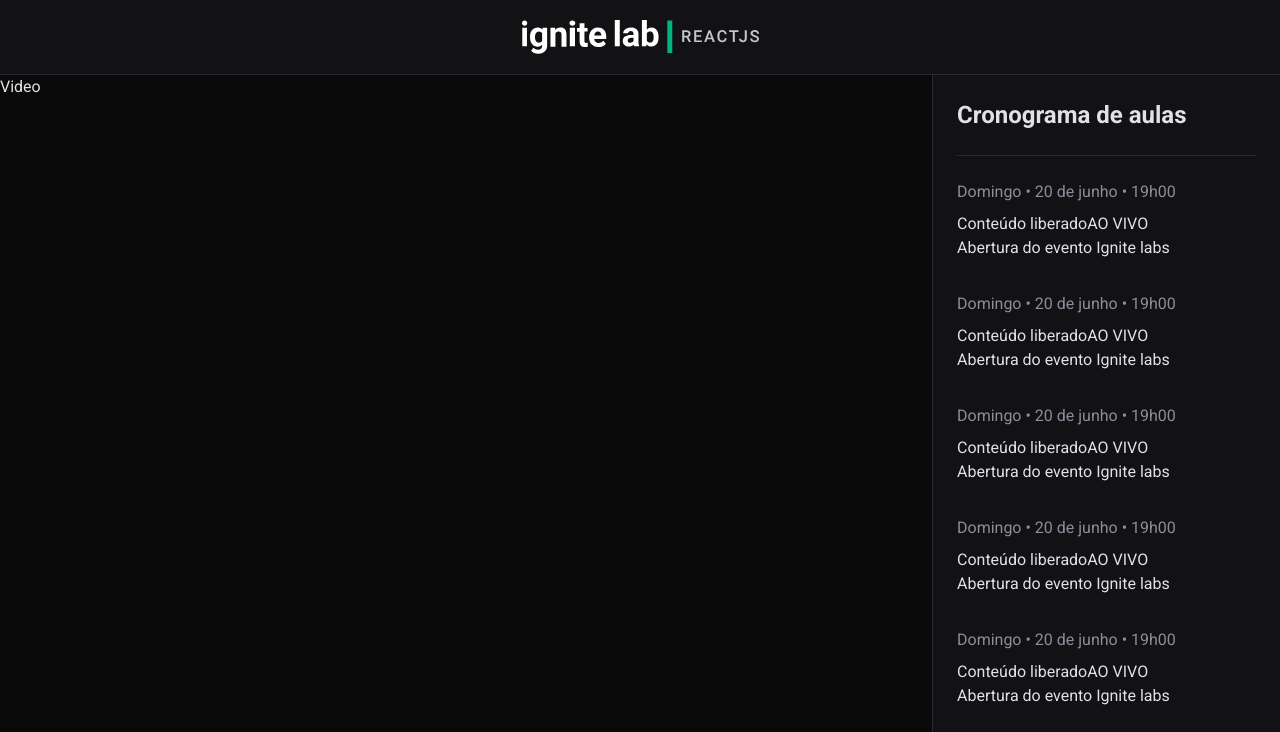
Repository: XFERRER7/Ignite-lab
Page: /
The author's editor kept a copy of each file at every save. The page is drawn from the files as they stood at one save, then again after the next save.
The browser window is 1280 px wide. The pictures show the whole page.
The project was rebuilt for these pictures with package versions that can differ from the ones it lists, and the page was loaded fresh each time. Also part of the build but not shown: vite.config.ts.

Above is the page before, as saved 2022-06-23 07:20:00.

After the next save:
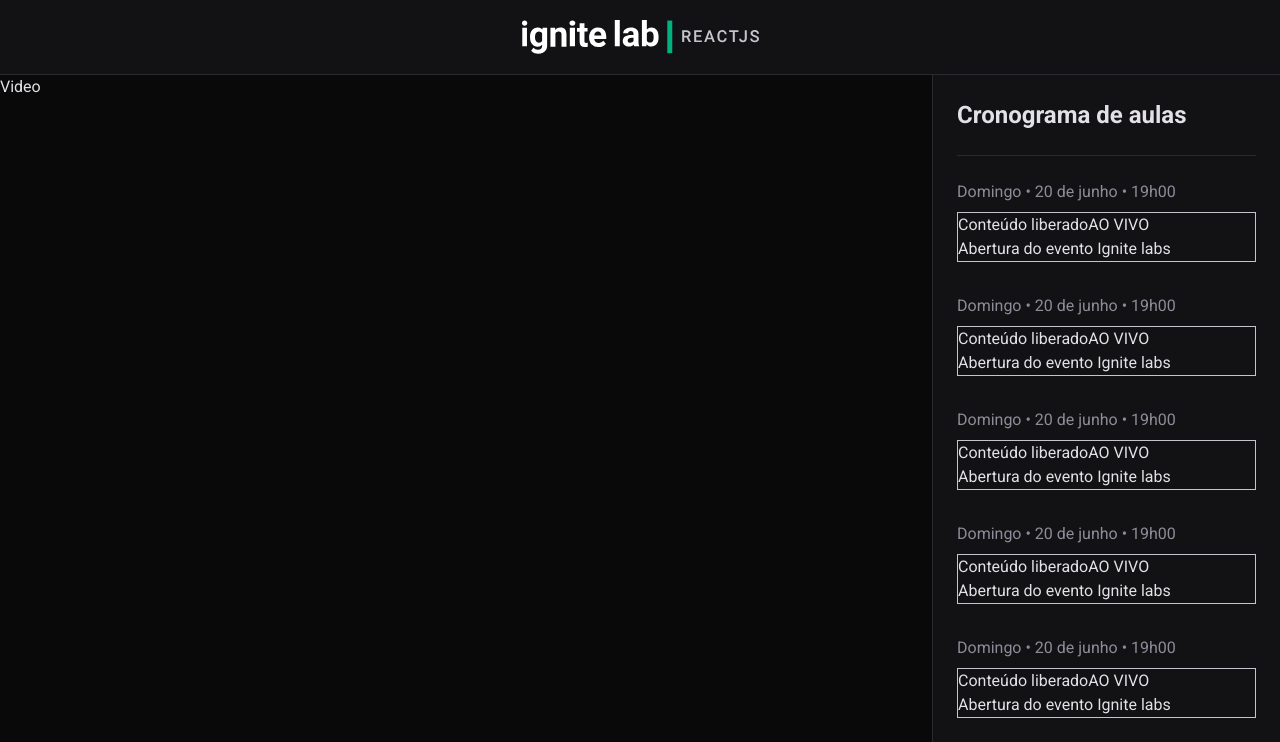
Saved 4 s later.
--- a/src/components/Lesson.tsx
+++ b/src/components/Lesson.tsx
@@ -8,7 +8,7 @@
         Domingo • 20 de junho • 19h00
       </span>
 
-      <div className=''>
+      <div className='border '>
         <header>
           <span>
             Conteúdo liberado
